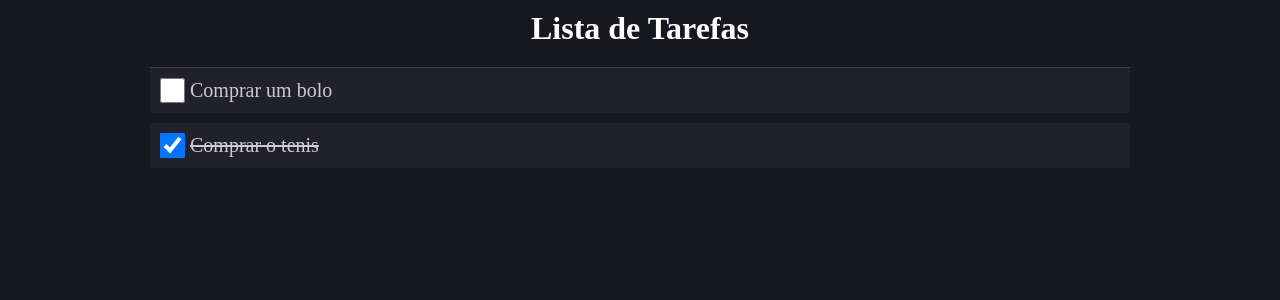
Repository: Wink07/lista-tarefas
Page: /
The author's editor kept a copy of each file at every save. The page is drawn from the files as they stood at one save, then again after the next save.
The browser window is 1280 px wide. The pictures show the whole page.
The project was rebuilt for these pictures with package versions that can differ from the ones it lists, and the page was loaded fresh each time. Also part of the build but not shown: vite.config.ts.

Above is the page before, as saved 2022-05-10 20:04:47.

### src/main.tsx
import React from 'react'
import ReactDOM from 'react-dom/client'
import { App } from './App'


ReactDOM.createRoot(document.getElementById('root')!).render(
  <React.StrictMode>
    <App />
  </React.StrictMode>
)

### src/App.tsx
import * as C from "./App.styles"
import './global.css'
import { useState } from "react"
import { Item } from './types/Item'
import { ListItem } from './components/ListItem';

export const App = () => {
  const [list, setList] = useState<Item[]>( [
    { id: 1, name: 'Comprar um bolo', done: false},
    { id: 2, name: 'Comprar o tenis', done: true},
  ]);


  return (
    <C.Container>
      <C.Area>
        <C.Header>Lista de Tarefas</C.Header>

          {}

          {list.map((item, index) => (
            <ListItem key={index} item={item}/>
          ))}

      </C.Area>
    </C.Container>
  )
}

### src/App.styles.ts
import styled from 'styled-components';


export const Container = styled.div`
    background-color: #17181F;
    color:#797A81;
    min-height: 100vh;
`;

export const Area = styled.div`
    margin: auto;
    max-width: 980px;
    padding: 10px;
`;

export const Header = styled.h1`
    margin: 0;
    padding: 0;
    color: #FFF;
    text-align: center;
    border-bottom: 1px solid #444;
    padding-bottom: 20px;
`;

### src/components/ListItem/index.tsx
import * as C from './styles'
import { Item } from '../../types/Item';
import { useState } from 'react';

type Props = {
    item: Item
}


export const ListItem = ({item }: Props) => {
    const [isChecked, setIsChecked] = useState(item.done)

    return (
        <C.Container done={isChecked}>
            <input
                type="checkbox"
                checked={isChecked}
                onChange={e => setIsChecked(e.target.checked)}
            />
            <label>{item.name}</label>
        </C.Container>
    )
}

### src/components/ListItem/styles.ts
import styled from 'styled-components'

type ContainerPros = {
    done: boolean
}

export const Container = styled.div(({ done }: ContainerPros) => (
    `
    display: flex;
    background-color: #20212C;
    padding: 10px;
    boder-radius: 10px;
    margin-bottom: 10px;
    align-items: center;

    input {
        width: 25px;
        height: 25px;
        margin-right: 5px;
    }

    label {
        color: #CCC;
        font-size: 20px;
        text-decoration: ${done ? 'line-through' : 'initial'};
    }
`
));

### src/components/AddArea/index.tsx
import * as C from './styles'

export const AddArea = () => {
    return (
        <C.Container>
            ...
        </C.Container>
    )
}

### src/components/AddArea/styles.ts
import styled  from 'styled-components';

export const Container = styled.div`

`;

Loaded but not shown: index.html (common file); src/global.css (common file)

After the next save:
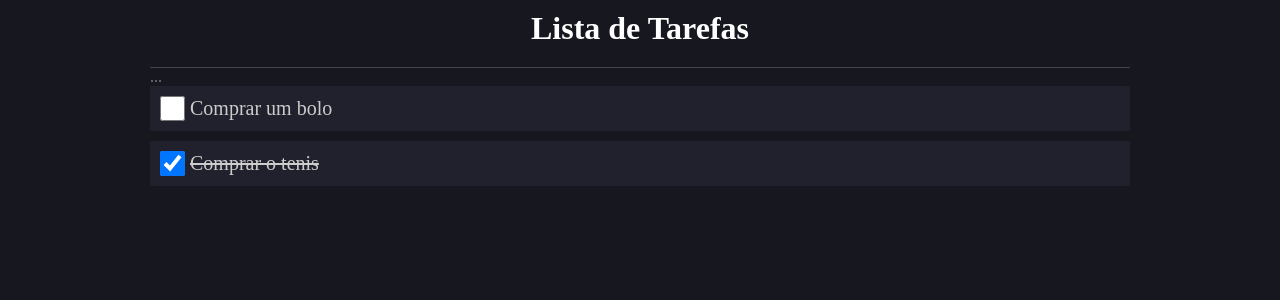
Saved 49 s later.
--- a/src/App.tsx
+++ b/src/App.tsx
@@ -3,6 +3,7 @@ import './global.css'
 import { useState } from "react"
 import { Item } from './types/Item'
 import { ListItem } from './components/ListItem';
+import { AddArea } from "./components/AddArea";
 
 export const App = () => {
   const [list, setList] = useState<Item[]>( [
@@ -16,7 +17,7 @@ export const App = () => {
       <C.Area>
         <C.Header>Lista de Tarefas</C.Header>
 
-          {}
+          <AddArea/>
 
           {list.map((item, index) => (
             <ListItem key={index} item={item}/>
